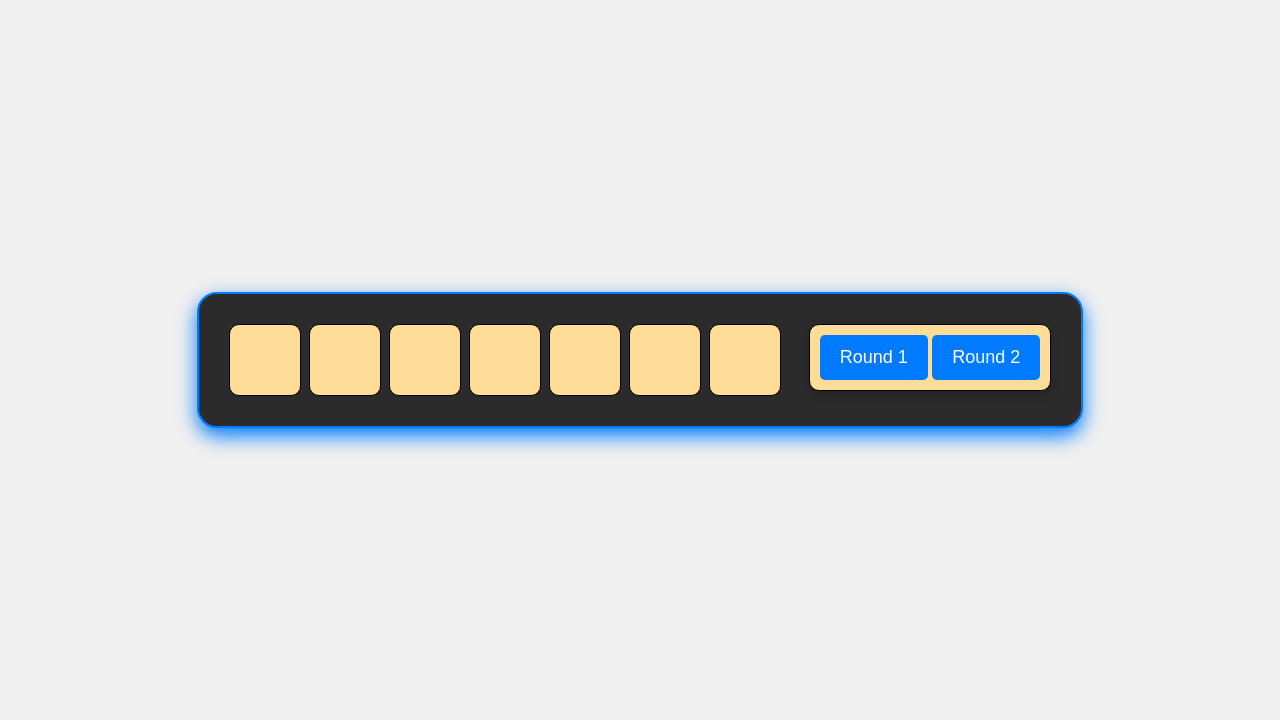
Repository: radisyah/THE_BRAIN_STORM
Page: Broken Link.html
The author's editor kept a copy of each file at every save. The page is drawn from the files as they stood at one save, then again after the next save.
The browser window is 1280 px wide. The pictures show the whole page.

Above is the page before, as saved 2024-11-09 13:22:44.

After the next save:
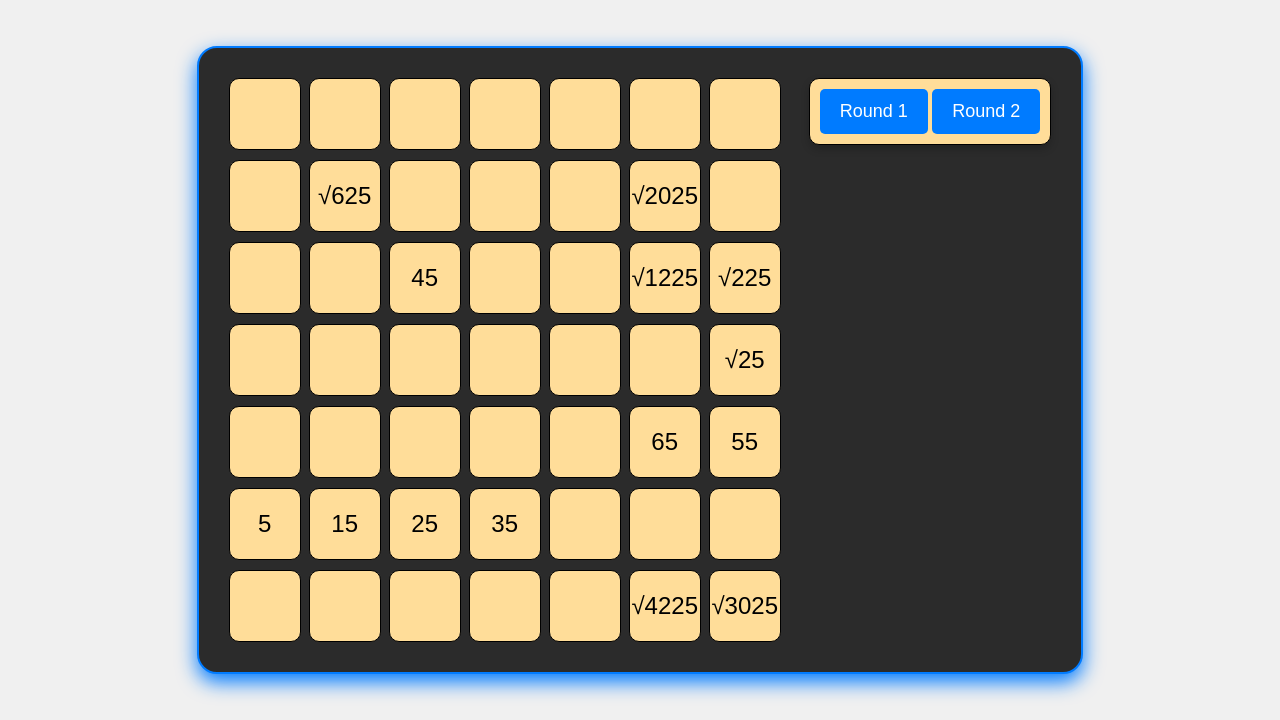
Saved 43 s later.
--- a/Broken Link.html
+++ b/Broken Link.html
@@ -134,13 +134,61 @@
 <script>
 // Data untuk grid dan jalur dinamis untuk ronde 1 dan ronde 2
 const gridDataRound1 = [
-    { number: 1, hasNumber: false },
-    { number: 2, hasNumber: false },
-    { number: 3, hasNumber: false },
-    { number: 4, hasNumber: false },
-    { number: 5, hasNumber: false },
-    { number: 6, hasNumber: false },
-    { number: 7, hasNumber: false }
+{ number: 1, hasNumber: false },
+        { number: 2, hasNumber: false },
+        { number: 3, hasNumber: false },
+        { number: 4, hasNumber: false },
+        { number: 5, hasNumber: false },
+        { number: 6, hasNumber: false },
+        { number: 7, hasNumber: false },
+
+        { number: 8, hasNumber: false },
+        { number: 9, hasNumber: '√625' },
+        { number: 10, hasNumber: false },
+        { number: 11, hasNumber: false },
+        { number: 12, hasNumber: false },
+        { number: 13, hasNumber: '√2025' },
+        { number: 14, hasNumber: false },
+
+        { number: 15, hasNumber: false },
+        { number: 16, hasNumber: false },
+        { number: 17, hasNumber: '45' },
+        { number: 18, hasNumber: false },
+        { number: 19, hasNumber: false },
+        { number: 20, hasNumber: '√1225' },
+        { number: 21, hasNumber: '√225' },
+
+        { number: 22, hasNumber: false },
+        { number: 23, hasNumber: false },
+        { number: 24, hasNumber: false },
+        { number: 25, hasNumber: false },
+        { number: 26, hasNumber: false },
+        { number: 27, hasNumber: false },
+        { number: 28, hasNumber: '√25' },
+
+        { number: 29, hasNumber: false },
+        { number: 30, hasNumber: false },
+        { number: 31, hasNumber: false },
+        { number: 32, hasNumber: false },
+        { number: 33, hasNumber: false },
+        { number: 34, hasNumber: '65' },
+        { number: 35, hasNumber: '55' },
+
+        { number: 36, hasNumber: '5' },
+        { number: 37, hasNumber: '15' },
+        { number: 38, hasNumber: '25' },
+        { number: 39, hasNumber: '35' },
+        { number: 40, hasNumber: false },
+        { number: 41, hasNumber: false },
+        { number: 42, hasNumber: false },
+
+        { number: 43, hasNumber: false },
+        { number: 44, hasNumber: false },
+        { number: 45, hasNumber: false },
+        { number: 46, hasNumber: false },
+        { number: 47, hasNumber: false },
+        { number: 48, hasNumber: '√4225' },
+        { number: 49, hasNumber: '√3025' },
 ];
 
 const gridDataRound2 = [
@@ -154,7 +202,15 @@ const gridDataRound2 = [
 ];
 
 const correctPathsRound1 = [
-    [1, 2, 3, 4, 5, 6, 7]
+[36, 43, 44, 45, 46, 47,40,33,26,27,28],
+        [34, 41, 48],
+        [35, 42, 49],
+        [37, 30, 29,22,15,8,1,2,3,4,5,6,7,14,21],
+        [38,31,24,23,16,9],
+        [39,32,25,18,19,20],
+        [17,10,11,12,13],
+
+
 ];
 
 const correctPathsRound2 = [
